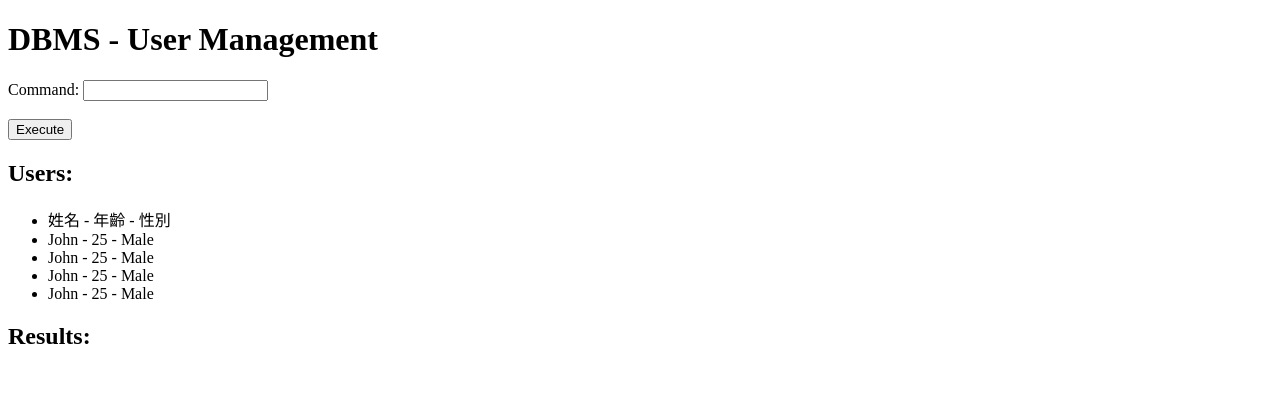
Repository: mark6969/DBMS-use-python
Page: http://localhost/
These files come from the project's save history. The page is drawn as it stood at one moment and after the next save; the edit follows.
The browser window is 1280 px wide. The pictures show the whole page.
The page is served by the project's application, run on Flask 3 (run.py).

Above is the page before, as saved 2023-05-19 11:41:47.

After the next save:
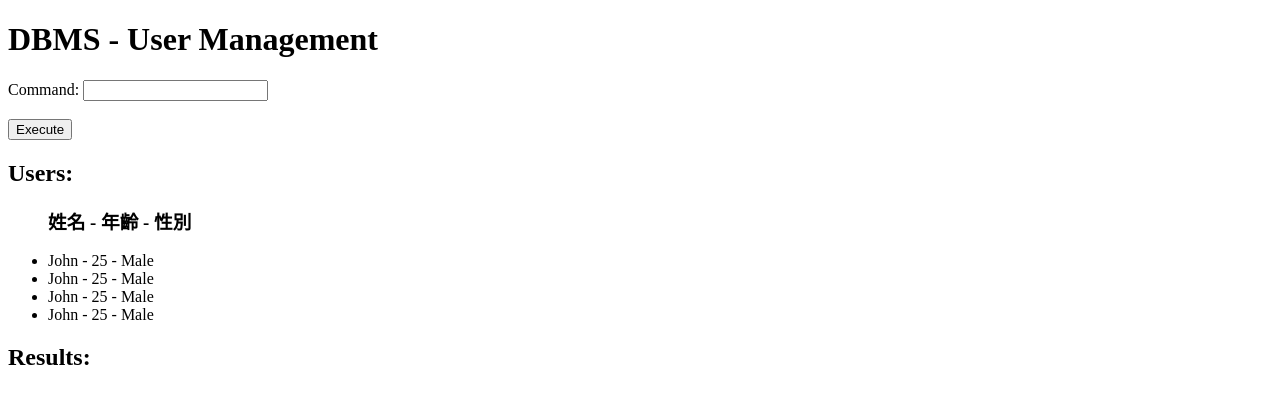
Saved 21 s later.
--- a/templates/index.html
+++ b/templates/index.html
@@ -14,7 +14,7 @@
 
     <h2>Users:</h2>
     <ul>
-        <li>姓名 - 年齡 - 性別</li>
+        <h3>姓名 - 年齡 - 性別</h3>
         {% for user in users %}
         <li>{{ user.name }} - {{ user.age }} - {{ user.sex }}</li>
         {% endfor %}
